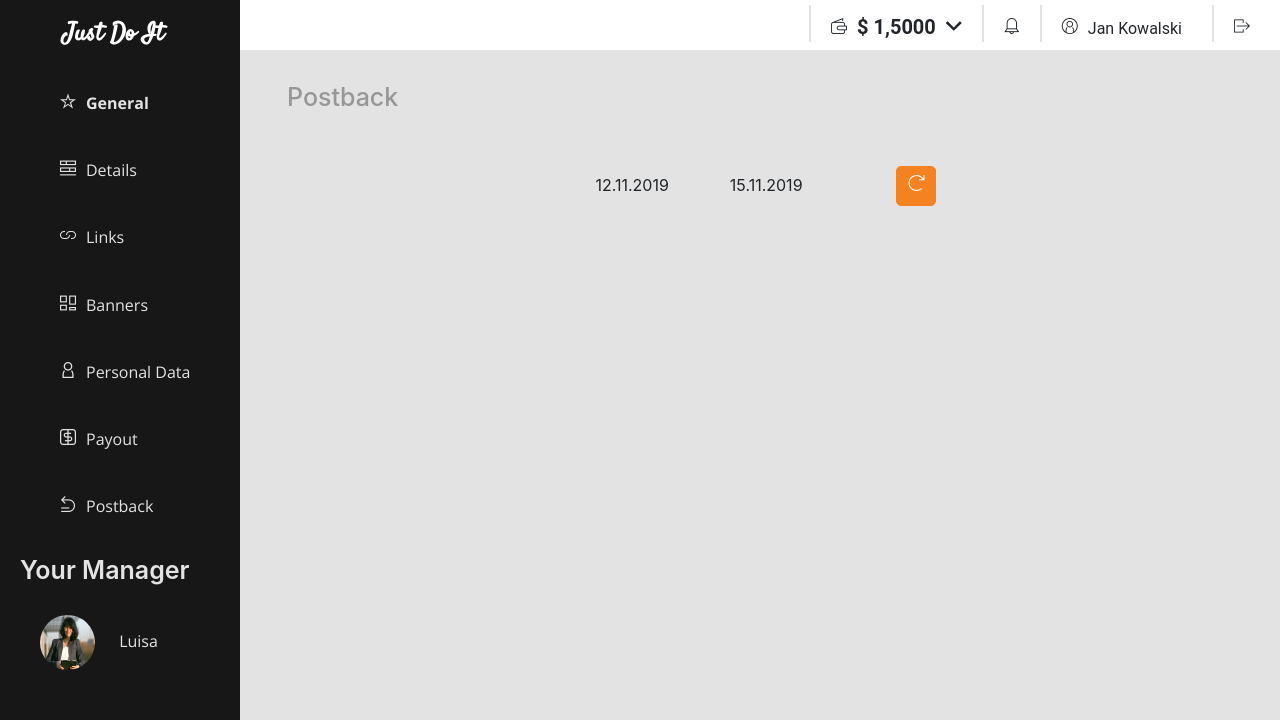
Repository: OllaWilk/wwwJustDoIt
Page: index.html
An editor plug-in stored every save of this project. The page is shown before and after the next save, followed by the edit.
The browser window is 1280 px wide. The pictures show the whole page.
Some web libraries are served in a nearby version. The style sheet was rebuilt from its Sass, Less or Tailwind sources for each picture, by a compiler version that may differ from the author's.

Above is the page before, as saved 2020-01-02 12:06:05.

### index.html

<!DOCTYPE html>
<html lang=”en”>
    <head>
        <meta charset=”utf-8”>
        <meta name="viewport" content="width=device-width, initial-scale=1.0">
        <meta http-equiv="X-UA-Compatible" content="ie=edge">
        <meta name="description" content="Projekt indywidualny z kursu Kodilla">
        <meta name="keywords" content="kodilla, indiwidual, project">
        <title>Just Do It - soloProject</title>
            <link href="https://use.fontawesome.com/releases/v5.7.2/css/all.css" rel="stylesheet">
            <link href="https://fonts.googleapis.com/css?family=Open+Sans:400,400i,700|Satisfy&display=swap&subset=latin-ext" rel="stylesheet">
            <link rel="stylesheet" href="https://stackpath.bootstrapcdn.com/bootstrap/4.1.3/css/bootstrap.min.css" integrity="sha384-MCw98/SFnGE8fJT3GXwEOngsV7Zt27NXFoaoApmYm81iuXoPkFOJwJ8ERdknLPMO" crossorigin="anonymous">
            <link rel="stylesheet" href="css/style.css">
            <link rel="stylesheet" href="vendor/css/Glyphter.css">
        </head>

    <body><script id="__bs_script__">//<![CDATA[
    document.write("<script async src='/browser-sync/browser-sync-client.js?v=2.26.7'><\/script>".replace("HOST", location.hostname));
//]]></script>

        <nav id = "leftNavigation" class = "navigation">
            <div class  ="navigationTop">
                <h1 class = "logo">Just Do It</h1>
                <i id="hamburger" class="fas fa-bars"></i>
            </div>
            <div = class="navigationWraperMobile">
                <ul class="list titles">
                    <li><i id="general" class="icon-general"></i><a class="menuButon active" href="#page-1">General</a></li>
                    <li><i id="details" class="icon-details"></i><a class="menuButon" href="#page-2">Details</a></li>
                    <li><i id="links" class="icon-links"></i><a class="menuButon" href="#page-3">Links</a></li>
                    <li><i id="banners" class="icon-banners"></i><a class="menuButon" href="#page-4">Banners</a></li>
                    <li><i id="personalData" class="icon-personaldata"></i><a class="menuButon" href="#page-5">Personal Data</a></li>
                    <li><i id="payout" class="icon-payout"></i><a class="menuButon" href="index.html">Payout</a></li>
                    <li><i id="postback" class="icon-postback"></i><a class="menuButon" href="page-7">Postback</a></li>
                </ul>
                <div class = "menagoImg">
                    <h2>Your Manager</h2>
                    <a class="menuButon" href = "index.html">
                        <img src="images/business-woman-746766_1920.jpg">
                    </img>Luisa</a>
                </div>
            </div>
        </nav>

        <header id = "topMenu" class= "topMenu">
            <div class = "topMenuWrapper">
                <div class= "iconsTopMenu">
                    <i id="wallet" class="icon-wallet"></i>
                    <h3>$ 1,5000</h3>
                    <i id="arrowDown" class="icon-arrow-down-small"></i>
                </div>
                <div class= "iconsTopMenu">
                    <i id="notification" class="icon-notification"></i>
                </div>
                <div class= "iconsTopMenu">
                    <i id="profile" class="icon-profile"></i>
                    <p>Jan Kowalski</p>
                </div>
                <div class= "iconsTopMenu">
                    <i id="iconQuit" class="icon-quit"></i>
                </div>
            </div>
        </header>

        <section id = "mainPage" class = "posts_pages container">
            <div id = "page-1" class="post_page">
                <h2  class="title">General Statistics</h2>
                <div class="dates">
                    <div class="datesConteiner">
                        <div class="dateStart">12.11.2019</div>
                        <div class="dateEnd">15.11.2019 </div>
                        <i id="calendar" class="icon-calendar"></i>
                    </div>
                    <a href="index.html" id="refresh" class="btnRefrsh btn icon-refresh"></a>
                </div>
                <div class="statistic">
                    <div class="legendWrap">
                        <table>
                            <tr>
                              <td class="visitSignups">
                                <h3>Visit signups</h3>
                                <p>124</p>
                              </td>
                              <td class="netDeposit">
                                <h3>Net deposit</h3>
                                <p>564</p>
                              </td>
                            </tr>
                            <tr>
                              <td class="FTD">
                                <h3>FTD</h3>
                                <p>445</p>
                              </td>
                              <td class="turnOver">
                                <h3>Turn over</h3>
                                <p>435</p>
                              </td>
                            </tr>
                        </table>
                    </div>
                    <canvas class="canvas" id="myChart"></canvas>
                </div>
            </div>

            <div id = "page-2" class="post_page">
                <h2  class="title">Details</h2>
                <div class="dates">
                    <div class="datesConteiner">
                        <div class="dateStart">12.11.2019</div>
                        <div class="dateEnd">15.11.2019 </div>
                        <i id="calendar" class="icon-calendar"></i>
                    </div>
                    <a href="index.html" id="refresh" class="btnRefrsh btn icon-refresh"></a>
                </div>
            </div>

            <div id = "page-3" class="post_page">
                <h2  class="title">Links</h2>
                <div class="btnWraper">
                    <a href="index.html" id="refresh" class="btn btnAddNew">+ add new</a>
                </div>
                <div class = "linkWraper">
                    <ul>
                        <li>
                            <p>Home Page</p>
                            <a href="index.html">www.homepage.com</a>
                            <i id="start" class="colorLinks icon-links"></i>
                            <i id="start" class="icon-trash"></i>
                        </li>
                        <li>
                            <p>Curently Offer</p>
                            <a href="index.html">www.curentlyoffer.com</a>
                            <i id="start" class="colorLinks icon-links"></i>
                            <i id="start" class="icon-trash"></i>
                        </li>
                        <li>
                            <p>Blurpix</p>
                            <a href="index.html">www.blurpix.com</a>
                            <i id="start" class="colorLinks icon-links"></i>
                            <i id="start" class="icon-trash"></i>
                        </li>
                        <li>
                            <p>Youre Site</p>
                            <a href="index.html">www.youresite.com</a>
                            <i id="start" class="colorLinks icon-links"></i>
                            <i id="start" class="icon-trash"></i>
                        </li>
                        <li>
                            <p>Google</p>
                            <a href="www.google.com">www.google.com</a>
                            <i id="start" class="colorLinks icon-links"></i>
                            <i id="start" class="icon-trash"></i>
                        </li>
                        <li>
                            <p>Facebook</p>
                            <a href="www.facebook.com">www.facebook.com</a>
                            <i id="start" class="colorLinks icon-links"></i>
                            <i id="start" class="icon-trash"></i>
                        </li>
                        <li>
                            <p>Dashboard</p>
                            <a href="index.html">www.dashboard.com</a>
                            <i id="start" class="colorLinks icon-links"></i>
                            <i id="start" class="icon-trash"></i>
                        </li>
                        <li>
                            <p>Blurax</p>
                            <a href="index.html">www.blurax.com</a>
                            <i id="start" class="colorLinks icon-links"></i>
                            <i id="start" class="icon-trash"></i>
                        </li>
                        <li>
                            <p>Piece of wine</p>
                            <a href="index.html">www.pieceofwine.com</a>
                            <i id="start" class="colorLinks icon-links"></i>
                            <i id="start" class="icon-trash"></i>
                        </li>
                        <li>
                            <p>Twitter</p>
                            <a href="www.twitter.com">www.twitter.com</a>
                            <i id="start" class="colorLinks icon-links"></i>
                            <i id="start" class="icon-trash"></i>
                        </li>
                    </ul>

                </div>
                <div class="btnWraper">
                    <a href="index.html" id="refresh" class="btn btnAddNew">+ add new</a>
                </div>
            </div>

            <div id = "page-4" class="post_page">
                <h2  class="title">Banners</h2>
            </div>

            <div id = "page-5" class="post_page">
                <h2  class="title">Personal Data</h2>
                <div class = "userData">
                    <form novalidate method="post" enctype="multipart/form-data" action="js/db.js" autocomplete="on">
                        <fieldset>
                            <div label = "userBasicData" class="field-wrap">
                                <div class="styledField">
                                    <label>Name:
                                        <span class="error"></span>
                                    </label>
                                    <input type="text" name="name" placeholder="Your name" minlength="2" title="Name" required = "">
                                </div>
                                <div class="styledField">
                                    <label>Surname:
                                        <span class="error"></span>
                                    </label>
                                    <input type="text" name="surname" placeholder="Your surname" minlength="2" maxlength="64" title="Surname" required = "">
                                </div>
                                <div class="styledField">
                                    <label>Email:
                                        <span class="error"></span>
                                    </label>
                                    <input type="email" name="email" placeholder="Your e-mail" minlength="2" maxlength="64" autocomplete="off" title="Email" required = "">
                                </div>
                                <div class="styledField">
                                    <label>Phone number:
                                            <span class="error"></span>
                                    </label>
                                    <input type="text" name="phoneNumber" placeholder="Phone number" minlength="6" maxlength="40" title="phone number" required = "">
                                </div>
                            </div>
                            <div label = "userBasicData" class="field-wrap">
                                <div class="styledField">
                                    <label>Skype:</label>
                                    <input type="text" name="Skype" placeholder="Name" minlength="2" maxlength="32" title="Name" required = "">
                                </div>
                                <div class="styledField">
                                    <label>ICQ:</label>
                                    <input type="text" name="ICQ" placeholder="name" minlength="2" maxlength="40" title="Name" required = "">
                                </div>
                                <div class="styledField">
                                    <label>MSN:</label>
                                    <input type="text" name="MSN" placeholder="msn" title="MSN" required = "">
                                </div>
                            </div>

                            <div class="field-wrap">
                                <div class="styledField">
                                    <label>Wallet</label>
                                    <select name="Wallet" id="wallet">
                                        <option value="Windows">Windows</option>
                                        <option value="Linux">Linux</option>
                                        <option value="Apple">Apple</option>
                                    </select>
                                </div>
                            </div>

                            <div class="field-wrap">
                                <div class="styledField">
                                    <label>Password
                                        <span class="error"></span>
                                    </label>
                                    <input type="password" name="password" placeholder="Password" minlength="6" maxlength="40" autocomplete="off" title="Password" required="">
                                </div>
                                <div class="styledField">
                                    <label>Repeat
                                        <span class="error"></span>
                                    </label>
                                    <input  type="password" name="repeatPassword" placeholder="Password" minlength="6" maxlength="40" autocomplete="off"  title="Password" required="">
                                </div>
                            </div>
                            <div class="field-wrap">
                                <label class="styledField agreement">
                                    <p class="icon">I agree for my personal data to be collected and used by
                                    <span class = "logo agreementLogo">Just Do It</span> for purpouse of providing the site functionality.<span class="error"></span></p>

                                    <input id = "checkbox" type="checkbox" name="checkbox" class="checkbox" title="agreement" required="">
                                    </p>
                                </label>
                            </div>
                            <div class="btnWrap">
                                <input type="submit" class = "btn btnSave" value="Save">
                            </div>
                        </fieldset>
                    </form>
                </div>
            </div>
        </section>

        <section id = "modals">
            <div class="container">
                <h2  class="title">Postback</h2>
                <div class="dates">
                    <div class="datesConteiner">
                        <div class="dateStart">12.11.2019</div>
                        <div class="dateEnd">15.11.2019 </div>
                        <i id="calendar" class="icon-calendar"></i>
                    </div>
                    <a href="index.html" id="refresh" class="btnRefrsh btn icon-refresh"></a>
                </div>
            </div>
        </section>



        <script id="template-article-link" type="text/x-handlebars-template">
            <li><a href="#{{ id }}"><span>{{ title }}</span></a></li>
          </script>
          <script src="https://cdnjs.cloudflare.com/ajax/libs/handlebars.js/4.1.0/handlebars.min.js"></script>
        <script id="template-article-link" type="text/x-handlebars-template">
        <li><a href="#{{ id }}"><span>{{ title }}</span></a></li>
         </script>

        <script src="https://cdnjs.cloudflare.com/ajax/libs/Chart.js/2.4.0/Chart.min.js"></script>
        <script src="js/script.js"></script>
    </body>
</html>

### sass/style.scss
/*importy styli*/
@import "variables";
@import "mixins";

@import "normalize";
@import "layout";

@import "sections/leftNavigtation";
@import "sections/topUserMenu";
@import "sections/modals";

@import "pages/mainPage";
@import "pages/links";
@import "pages/personalDataForm";
@import "components/mediaQuery";

### sass/_variables.scss
/*stałe graficzne*/
/*colors*/
$color-dark: #171717;
$color-light: #ffffff;
$color-buttonGreyDark: #979797;
$color-buttonGreyLight: #bbbbbb;
$color-buttonDisable: #e4e4e4;
$color-background: #E3E3E3;
$color-buttonOrangeDark: #F58220;
$color-buttonOrangeLight: #FFA200;
$color-onlineButton: #04AE00;
$color-notificationClicked: #74B67A;
$color-notificationUnclicked: #96CC9B;
$color-buttonNegativeClicked: #DE5252;
$color-buttonNegativeUnclicked: #EC7171;
$color-links: #56819F;
$color-strongRed: #FF0000;

/*font sizes*/

$paragraph-font-size: 16px;

/*fonts*/
$logo: 'Satisfy', cursive;
$brand-font: "Open Sans", Helvetica, Arial;
$default-font: 'Roboto', sans-serif;

### sass/_mixins.scss
/*buttons*/
.btn {
  display: inline-block;
  border-radius: 5px;
  font-size: 16px;
  text-align: center;
  text-decoration: none;
  cursor: pointer;
  border: 1px solid $color-buttonOrangeDark;
  background-color: $color-buttonOrangeDark;
  color: $color-light;
  width: 100px;
  &:hover {
    background-color: $color-light;
    color: $color-buttonGreyDark;
    border: 1px solid $color-buttonGreyDark;
  }
}


.btnRefrsh {
  width: 40px;
  height: 40px;
  margin: 20px;
}

.btnSave {
  margin: 30px 0;
}

@mixin flex-center {
  display: flex;
  justify-content: center;
}

/*links*/

### sass/_layout.scss
/*Global*/
html {
    box-sizing: border-box;
}

*, *::before, *::after {
    box-sizing: border-box;
}

body {
    margin: 0;
    background-color: $color-background;
    font-size: 16px;
    line-height: 1.7;
    display: flex;
}

.container {
    width:100%;
    max-width: calc(100% - 240px);
    margin: 0 auto;
    padding-left: 15px;
    padding-right: 15px;
    top: 70px;
    left: 240px;
    position: absolute;
    z-index: -1;
}

.post_page {
    background-color: $color-light;
    margin-bottom: 20px;
    padding-bottom: 20px;
    display: none;
    &.active {
      display: block;
    }
}

### sass/sections/_leftNavigtation.scss
.navigation {
    width: 240px;
    height: 100vh;
    position: fixed;
    background-color: $color-dark;
    color: $color-light;
    padding: 10px;

}

.list {
    list-style-type: none;
    font-size: 16px;
        list-style-type: none;
        color: $color-background;
        li {
            margin: 20px 0px;
            padding:10px;
            &:hover {
                border-left: 4px solid $color-buttonOrangeDark;
            }
            .active {
                font-weight: bold;
            }
        }
}

.navigationTop {
    display: flex;
    align-items: baseline;
    i {
        opacity: 0;
        cursor: none;
    }
}

.logo {
    font-family: $logo;
    font-size: 25px;
    font-weight: 600;
    margin: 10px auto;
}

.menuButon {
    color: $color-background;
    font-family: $brand-font;
    font-size: 16px;
    margin: 0 10px;
    text-decoration: none;

    &:hover {
        color: $color-background;
        text-decoration: none;
    }
}

.menagoImg {
    h2 {
        font-size: 25px;
        font-weight: 600;
        color: $color-background;
        margin: 25px 0 10px 10px;
    }
    a {
        img {
            border-radius: 50%;
            height: 55px;
            width: 55px;
            margin: 20px;
        }
    }
}

### sass/sections/_topUserMenu.scss
.topMenu {
    background-color: $color-light;
    width: calc(100% - 240px);
    height: 50px;
    margin-left: 240px;
    position: fixed;
}

.topMenuWrapper {
    display: flex;
    float: right;
    width: auto;
    margin: 5px 10px;
}

.iconsTopMenu {
    display: flex;
    align-items: baseline;
    border-left: 2px solid $color-background;
    padding: 10px 20px 0 20px;
    i {
        display:inline-block;
    }
    h3 {
        font-size: 20px;
        margin: 0 10px;
        font-weight: bold;
        font-family: $default-font;
    }
    p{
        font-size: 16px;
        margin: 0 10px;
        font-family: $default-font;
    }
}

#iconQuit,
#arrowDown {
    cursor: pointer;
}

/*UWAGI
inny krótszy zapisz gdzie p z 52 linijki html jest zamienione na h3: nie działa :first-child a działa :last-child

.iconsTopMenu {
    display: flex;
    align-items: baseline;
    border-left: 2px solid $color-background;
    padding: 10px 20px 0 20px;
    i {
        display:inline-block;
    }
    h3 {
        font-size: 16px;
        margin: 0 10px;
        font-weight: bold;
        :first-child{
            font-weight: bold;
        }
    }
}

*/

### sass/sections/_modals.scss
* {
    box-sizing: border-box;
  }

.overlay {
  position: fixed;
  top: 0;
  left: 0;
  z-index: 9999;
  width: 100%;
  height: 100%;
  background-color: rgba(0,0,0,0.5);
  justify-content: center;
  align-items: center;

  overflow: auto;
  padding: 30px;

 // display: none;
}

.overlay.show {
  display: flex;
}

.overlay::webkit-scrollbar {
  display: none;
}

.modal {
  max-width: 600px;
  margin: auto;
  background-color: #ffffff;
  position: relative;
  padding: 30px;
  //display: none;
}

.modal.show {
  display: block;
}

.modal .btn-close {
  position: absolute;
  top: 0;
  right: 0;
  padding: 5px 10px;
}

### sass/pages/_links.scss
.btnWraper {
    display: flex;
    justify-content: center;
}

.btnAddNew {
    margin: 20px;

}

.linkWraper {
    font-size: 16px;
    color: $color-buttonGreyDark;
    display: flex;
    justify-content: center;
    ul {
        li {
            display: flex;
            align-items: baseline;
            border-bottom: 1px solid $color-background;
            &:hover {
                background-color: $color-background;
            }
            p {
                font-weight: bold;
                margin: 5px 0;
                width: 320px;
            }
        }
    }
    a {
        color: $color-links;
        text-decoration: none;
        width: 320px;
    }
    i {
        margin: 0 10px;
    }
}

.colorLinks {
    color: $color-buttonOrangeDark;
    margin-left: 320px;
}

### sass/pages/_personalDataForm.scss
.userData {
    display: flex;
    form {
        margin: 20px auto;
        width: 100%;
    }
}

.field-wrap {
    color: $color-buttonGreyDark;
    font-size: 16px;
    padding: 20px 0;
    border-bottom: 1px solid $color-background;
    &:after{
        content: "";
        display: table;
        clear: both;
    }
}

.styledField {
    display: flex;
    justify-content: center;
    justify-items: center;
    margin: 20px 0 10px 0;
    align-items: baseline;
    background: none;

    label, {
        font-weight: bold;
        width: 200px;

    }

    input, textarea, select {
        padding: 10px;
        border: 1px solid $color-buttonGreyDark;
        &:focus {
            border-color: $color-buttonOrangeDark;
        }
    }
    select {
        -webkit-appearance: none;
        -moz-appearance: none;
        appearance: none;
        background-color: $color-light;
        width: 220px;
        background-size: 15px auto;
        option {
            color: $color-buttonGreyDark;
        }
    }
}

.checkbox {
    margin-left: 40px;
    width: 20px;
    height: 20px;
    opacity: 0.5;
}

.agreementLogo {
    margin: 0 10px;
    font-size: 18px;
}

.btnWrap {
    display: flex;
    justify-content: center;
}

.error
 {
    color: $color-buttonOrangeDark;
    display: flex;
}

Loaded but not shown: vendor/css/Glyphter.css (common file); sass/_normalize.scss (common file); js/script.js (171 lines, source omitted); sass/components/_mediaQuery.scss (141 lines, source omitted); sass/pages/_mainPage.scss (68 lines, source omitted)

After the next save:
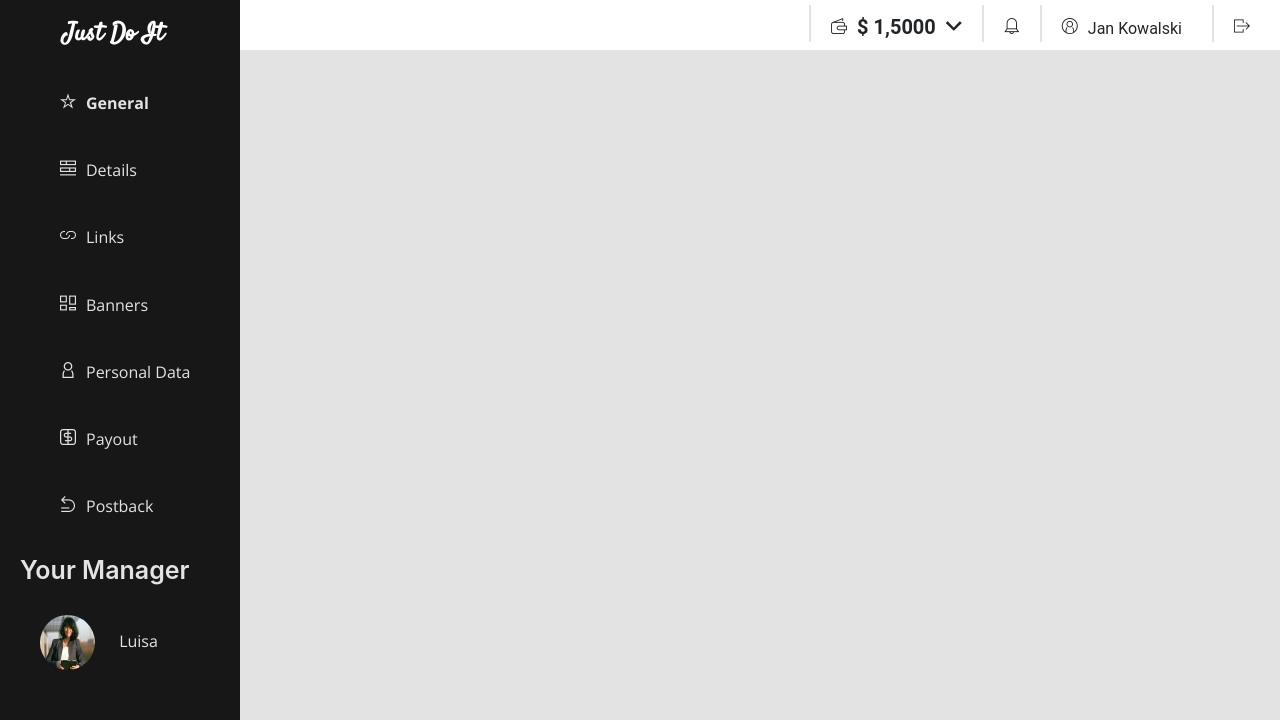
Saved 79 s later.
--- a/index.html
+++ b/index.html
@@ -283,19 +283,6 @@
             </div>
         </section>
 
-        <section id = "modals">
-            <div class="container">
-                <h2  class="title">Postback</h2>
-                <div class="dates">
-                    <div class="datesConteiner">
-                        <div class="dateStart">12.11.2019</div>
-                        <div class="dateEnd">15.11.2019 </div>
-                        <i id="calendar" class="icon-calendar"></i>
-                    </div>
-                    <a href="index.html" id="refresh" class="btnRefrsh btn icon-refresh"></a>
-                </div>
-            </div>
-        </section>
 
 
 
